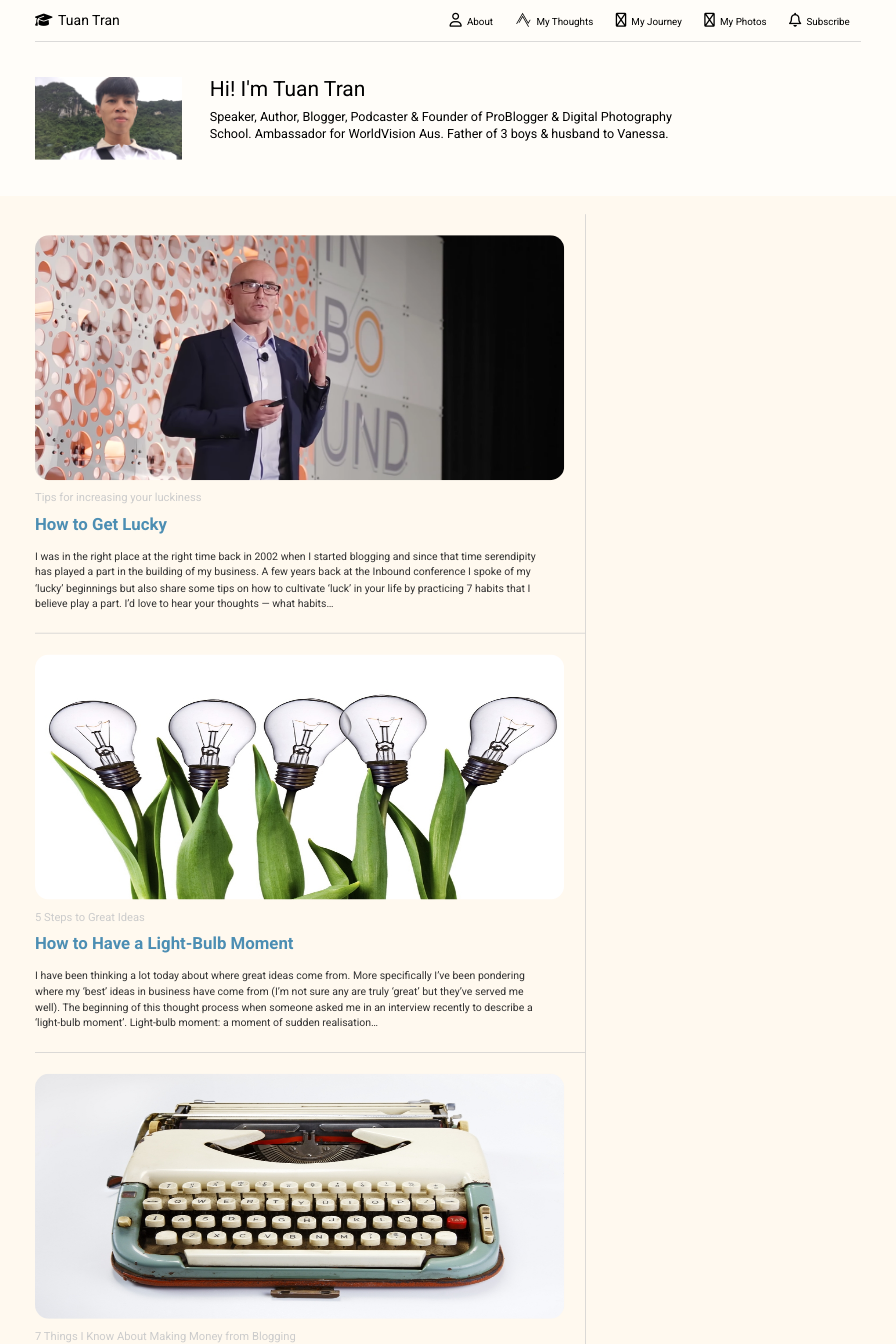
Repository: TranDinhTuann/Blog-Demo
Page: index.html
These files come from the project's save history. The page is drawn as it stood at one moment and after the next save; the edit follows.
The browser window is 1280 px wide. The pictures show the part of the page from y = 0 to 1920 px (the page is 2860 px tall), at 70% of full size.

Above is the page before, as saved 2023-03-22 20:57:31.

After the next save:
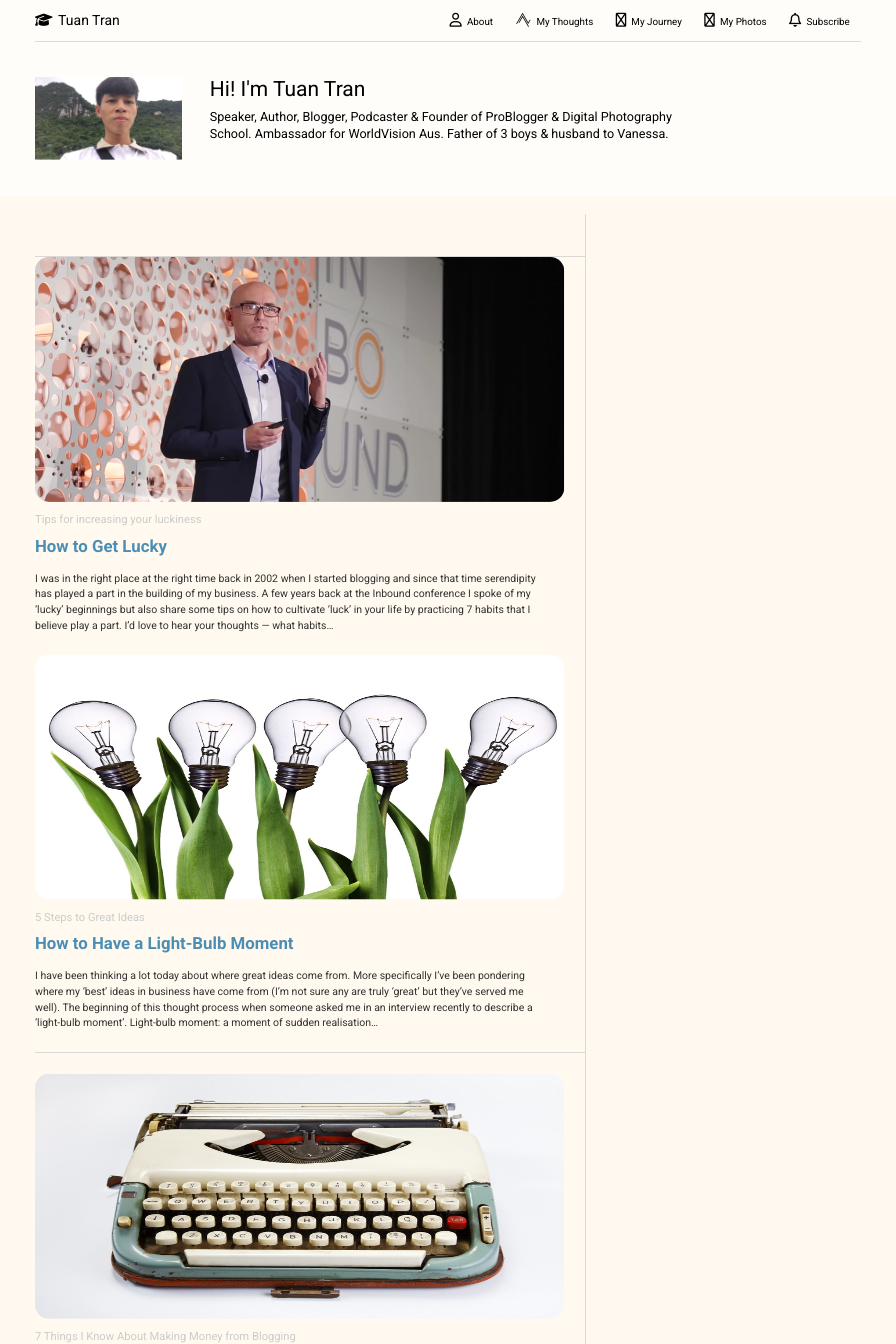
Saved 24 s later.
--- a/index.html
+++ b/index.html
@@ -69,9 +69,9 @@
             <div class="grid1">
                 <div class="content">
                     <a class="columns">
-                        <div class="img-human">
+                        <a class="img-human">
                             <img class="img-ong" src="./assets/img/slider/human1.png" alt="">
-                        </div>
+                        </a>
                         <div class="column-text">
                             <p class="des">Tips for increasing your luckiness</p>
                             <div class="heading">How to Get Lucky</div>

After the 2 saves that followed:
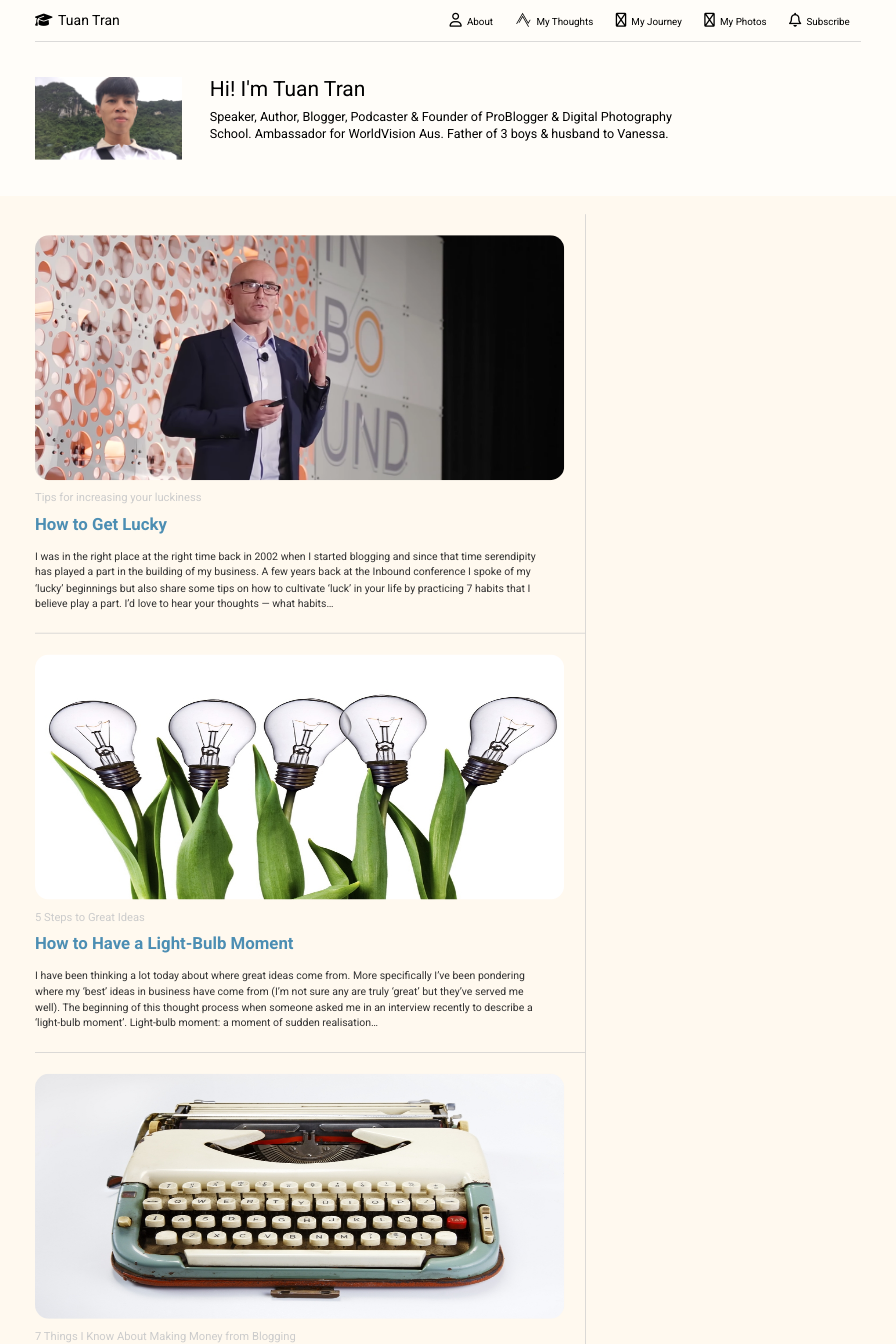
The 2 saves are shown as one change because 1 left the picture as it was.
The last was saved 38 s later.
--- a/index.html
+++ b/index.html
@@ -68,16 +68,16 @@
         <div class="grid">
             <div class="grid1">
                 <div class="content">
-                    <a class="columns">
-                        <a class="img-human">
+                    <div class="columns">
+                        <div class="img-human">
                             <img class="img-ong" src="./assets/img/slider/human1.png" alt="">
-                        </a>
+                        </div>
                         <div class="column-text">
                             <p class="des">Tips for increasing your luckiness</p>
                             <div class="heading">How to Get Lucky</div>
                             <div class="sub-heading">I was in the right place at the right time back in 2002 when I started blogging and since that time serendipity has played a part in the building of my business. A few years back at the Inbound conference I spoke of my ‘lucky’ beginnings but also share some tips on how to cultivate ‘luck’ in your life by practicing 7 habits that I believe play a part. I’d love to hear your thoughts — what habits…</div>
                         </div>
-                    </a>
+                    </div>
                     <div class="columns">
                         <div class="img-human">
                             <img class="img-ong" src="./assets/img/slider/human2.jpg" alt="">
--- a/assets/css/base.css
+++ b/assets/css/base.css
@@ -49,4 +49,5 @@ html {
 }
 a{
     display: block;
+    cursor: pointer;
 }
